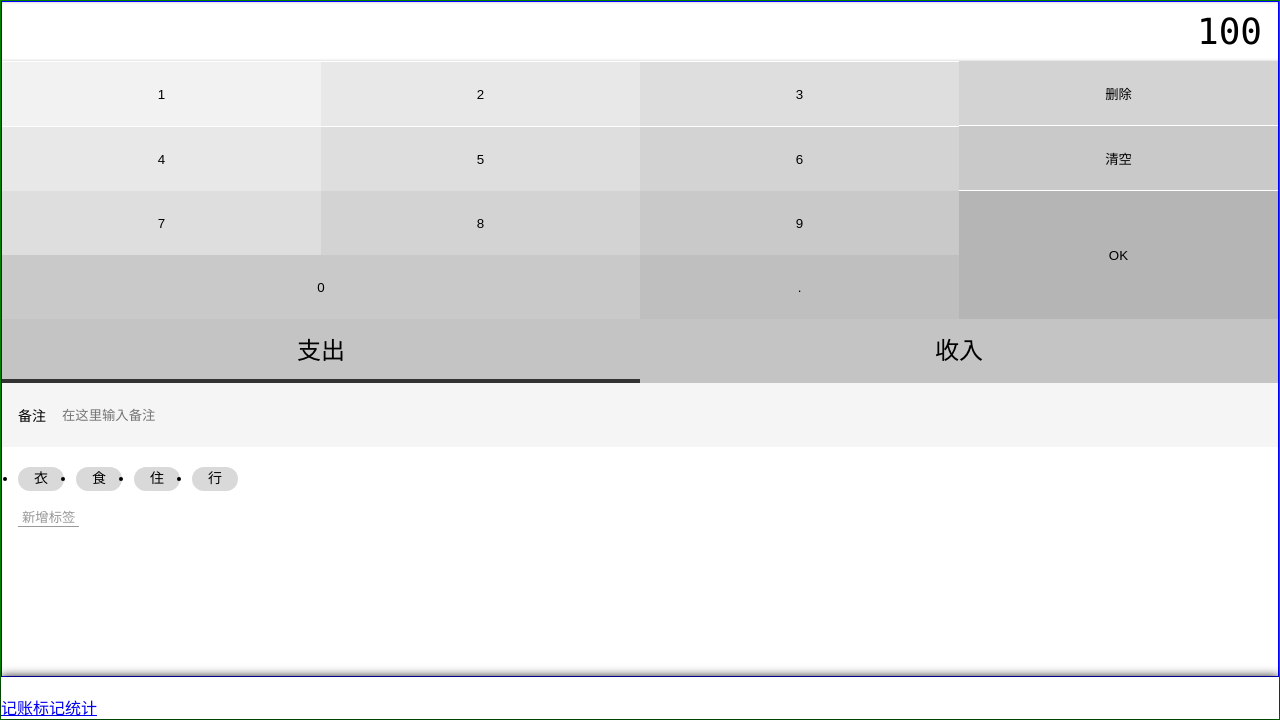
Repository: jiujiu407/bookkeeping
Page: /
These files come from the project's save history. The page is drawn as it stood at one moment and after a run of saves; the edit follows.
The browser window is 1280 px wide. The pictures show the whole page.
The project was rebuilt for these pictures with package versions that can differ from the ones it lists, and the page was loaded fresh each time. Also part of the build but not shown: vue.config.js, src/views/Labels.vue, src/views/Statistics.vue, src/views/NotFound.vue.

Above is the page before, as saved 2021-10-19 14:43:18.

### src/main.ts
import Vue from 'vue'
import App from './App.vue'
import './registerServiceWorker'
import router from './router'
import store from './store'
import Nav from '@/components/Nav.vue';
import Layout from '@/components/Layout.vue';
import Icon from '@/components/Icon.vue';

Vue.config.productionTip = false
Vue.component('Nav',Nav)
Vue.component('Layout',Layout)
Vue.component('Icon',Icon)
new Vue({
  router,
  store,
  render: h => h(App)
}).$mount('#app')

### src/App.vue
import router from '../.history/src/router/index_20211014144307';
<template>
<div>
  <router-view/>
</div>
</template>

<style lang="scss">
*{
  margin: 0;
  padding: 0;
  box-sizing: border-box;
}
#app {
  font-family: Avenir, Helvetica, Arial, sans-serif;
  -webkit-font-smoothing: antialiased;
  -moz-osx-font-smoothing: grayscale;
  text-align: center;
  color: #2c3e50;
}

#nav {
  padding: 30px;

  a {
    font-weight: bold;
    color: #2c3e50;

    &.router-link-exact-active {
      color: #42b983;
    }
  }
}
</style>

### src/router/index.ts
import Vue from 'vue'
import VueRouter, { RouteConfig } from 'vue-router'
import Money from '@/views/Money.vue'
import Labels from '@/views/Labels.vue'
import Statistics from '@/views/Statistics.vue'
import NotFound from '@/views/NotFound.vue'
Vue.use(VueRouter)

const routes: Array<RouteConfig> = [
  {
    // 根路径，重定向到money页面
    path:'/',
    redirect:'/money'
  },
 {
   path:'/money',
   component:Money
 },
 {
   path:'/labels',
   component:Labels
 },
 {
  path:'/statistics',
  component:Statistics
},
{
  // '*'指除了上面四个页面外的其他所有页面
  path:'*',
  component:NotFound
}
]

const router = new VueRouter({
  routes
})

export default router

### src/components/Nav.vue
<template>
    <nav>
    <router-link to="/money" class="item">
   <Icon name="money"></Icon>
    记账</router-link>
    <router-link to="/labels" class="item">
    <Icon name="label"></Icon>
    标记</router-link>
    <router-link to="/statistics" class="item">
    <Icon name="statistics"></Icon>
    统计</router-link>
  </nav>
</template>

<script lang="ts">
import Vue from 'vue'
export default Vue.extend({

})
</script>

// scoped:样式只在当前组件范围生效
<style lang="scss" scoped>
nav{
  display: flex;
  box-shadow: 0 0 10px rgba(0,0,0,1);
  >.item{

  }
}


</style>

### src/components/Layout.vue
<template>
    <div class="nav-wrapper">
        <div class="content">
           <slot></slot>
        </div>
     <Nav />
    </div>
</template>

<script>
    export default {

    }
</script>

<style lang="scss" scoped>
.nav-wrapper{
    border:1px solid green;
    display:flex;
    flex-direction: column;
    height: 100vh;
}
.content{
    // 1的意思是尽量把所有的高度都给content,其他部分占剩下的
    flex-grow: 1;
    overflow: auto;
    border: 1px solid blue;
}
</style>

### src/components/Icon.vue
<template>
    <div>
 <svg class="icon">
        <use :xlink:href="'#'+name"/>
    </svg>
    </div>
</template>

<script lang="ts">
let importAll = (requireContext: __WebpackModuleApi.RequireContext) => requireContext.keys().forEach(requireContext);
try{
    importAll(require.context('../assets/icons',true,/\.svg$/));
    }catch(error){
 console.log(error)
    }
    export default {
        props:['name']
    }
</script>

<style lang="scss" scoped>
   .icon{
       width: 1em;
       height: 1em;
       vertical-align: -0.15em;
       fill: currentColor;
       overflow: hidden;
   }
</style>

### src/views/Money.vue
import Money from '@/views/Money.vue';
import Layout from '@/components/Layout.vue';
<template>
    <div>
        <Layout class-prefix="layout">
          <div class="numberPad">
            <div class="output">100</div>
            <div class="buttons">
              <button>1</button>
              <button>2</button>
              <button>3</button>
              <button>删除</button>
              <button>4</button>
              <button>5</button>
              <button>6</button>
              <button>清空</button>
              <button>7</button>
              <button>8</button>
              <button>9</button>
              <button class="ok">OK</button>
              <button class="zero">0</button>
              <button>.</button>
            </div>
          </div>
          <div>
            <ul class="types">
              <li class="selected">支出</li>
              <li>收入</li>
            </ul>
          </div>
          <div>
            <label class="notes">
              <span class="name">备注</span>
              <input type="text" placeholder="在这里输入备注">
            </label>
          </div>
          <div class="tags">
            <div class="new">
              <button>新增标签</button>
            </div>
            <ul class="current">
              <li>衣</li>
              <li>食</li>
              <li>住</li>
              <li>行</li>
            </ul>
          </div>
        </Layout>
    </div>
</template>

<script>
    export default {
        name: "Money",
    }
</script>
<style lang="scss">
.layout-content{
  display: flex;
  flex-direction: column-reverse;
}
</style>
<style lang="scss" scoped>
@import "src/assets/style/helper";
.numberPad{
  .output{
    @extend %clearFix;
    @extend %innerShadow;
    font-size: 36px;
    font-family: Consolas, monospace;
    padding: 9px 16px;
    text-align: right;
  }
  .buttons{
    @extend %clearFix;
    > button{
      width: 25%;
      height: 64px;
      background: transparent;
      border: none;
      &.ok{
        height: 64*2px;
        float: right;
      }
      &.zero {
        width: 25% * 2;
      }
      $bg: #f2f2f2;
      &:nth-child(1){
        background: $bg;
      }
      &:nth-child(2),&:nth-child(5){
        background: darken($bg,4%);
      }
      &:nth-child(3),&:nth-child(6),&:nth-child(9){
        background: darken($bg,4*2%);
      }
      &:nth-child(4),&:nth-child(7),&:nth-child(10){
        background: darken($bg,4*3%);
      }
      &:nth-child(8),&:nth-child(11),&:nth-child(13){
        background: darken($bg,4*4%);
      }
      &:nth-child(14){
        background: darken($bg,4*5%);
      }
      &:nth-child(12){
        background: darken($bg,4*6%);
      }

    }
  }
}
.types{
  background: #c4c4c4;
  display: flex;
  text-align: center;
  font-size: 24px;
  > li {
    width: 50%;
    line-height: 64px;
    display: flex;
    justify-content: center;
    align-items: center;
    position: relative;
    &.selected::after {
      content: '';
      position: absolute;
      bottom: 0;
      left: 0;
      width: 100%;
      height: 4px;
      background: #333;
    }
  }
}
.notes{
  font-size: 14px;
  background: #f5f5f5;
  display: flex;
  padding-left: 16px;
  align-items: center;
  .name{
      padding-right: 16px;
  }
  input{
     height: 64px;
    flex-grow: 1;
    background: transparent;
    border: none;
    padding-right: 16px;
  }
}
.tags {
  font-size: 14px;
  padding: 16px;
  flex-grow: 1;
  display: flex;
  flex-direction: column-reverse;
  > .current {
    display: flex;
    flex-wrap: wrap;
    > li{
      background: #d9d9d9;
      $h:24px;
      height: $h;
      border-radius: $h/2;
      padding: 0 16px;
      margin-right: 12px;
      line-height: $h;
      margin-top: 4px;
    }
  }
  > .new{
    padding-top: 16px;
    button{
      background: transparent;
      border: none;
      color: #999;
      border-bottom: 1px solid;
      padding: 0 4px;
    }
  }
}
</style>

### src/assets/style/helper.scss
$font-hei: -apple-system, "Helvetica Neue", Helvetica, "Nimbus Sans L", Arial, "Liberation Sans", "PingFang SC", "Hiragino Sans GB", "Source Han Sans CN", "Source Han Sans SC", "Microsoft YaHei", "Wenquanyi Micro Hei", "WenQuanYi Zen Hei", "ST Heiti", SimHei, "WenQuanYi Zen Hei Sharp", sans-serif;
$font-kai:Baskerville, Georgia, "Liberation Serif", "Kaiti SC", STKaiti, "AR PL UKai CN", "AR PL UKai HK", "AR PL UKai TW", "AR PL UKai TW MBE", "AR PL KaitiM GB", KaiTi, KaiTi_GB2312, DFKai-SB, "TW\-Kai", serif;
$font-song: Georgia, "Nimbus Roman No9 L", "Songti SC", STSong, "AR PL New Sung", "AR PL SungtiL GB", NSimSun, SimSun, "TW\-Sung", "WenQuanYi Bitmap Song", "AR PL UMing CN", "AR PL UMing HK", "AR PL UMing TW", "AR PL UMing TW MBE", PMingLiU, MingLiU, serif;
$color-hughlight: #f00;

%clearFix{
  &::after{
    content: '';
    clear: both;
    display: block;
  }
}
$color-shadow: rgba(0,0,0,0.25);
%outerShadow{
  box-shadow: 0 0 3px $color-shadow;
}
%innerShadow{
  box-shadow: inset 0 -3px 3px -3px $color-shadow,
  inset 0 3px 3px -3px $color-shadow;
}

Loaded but not shown: public/index.html (common file); src/registerServiceWorker.ts (common file); src/store/index.ts (common file)

After the next 3 saves:
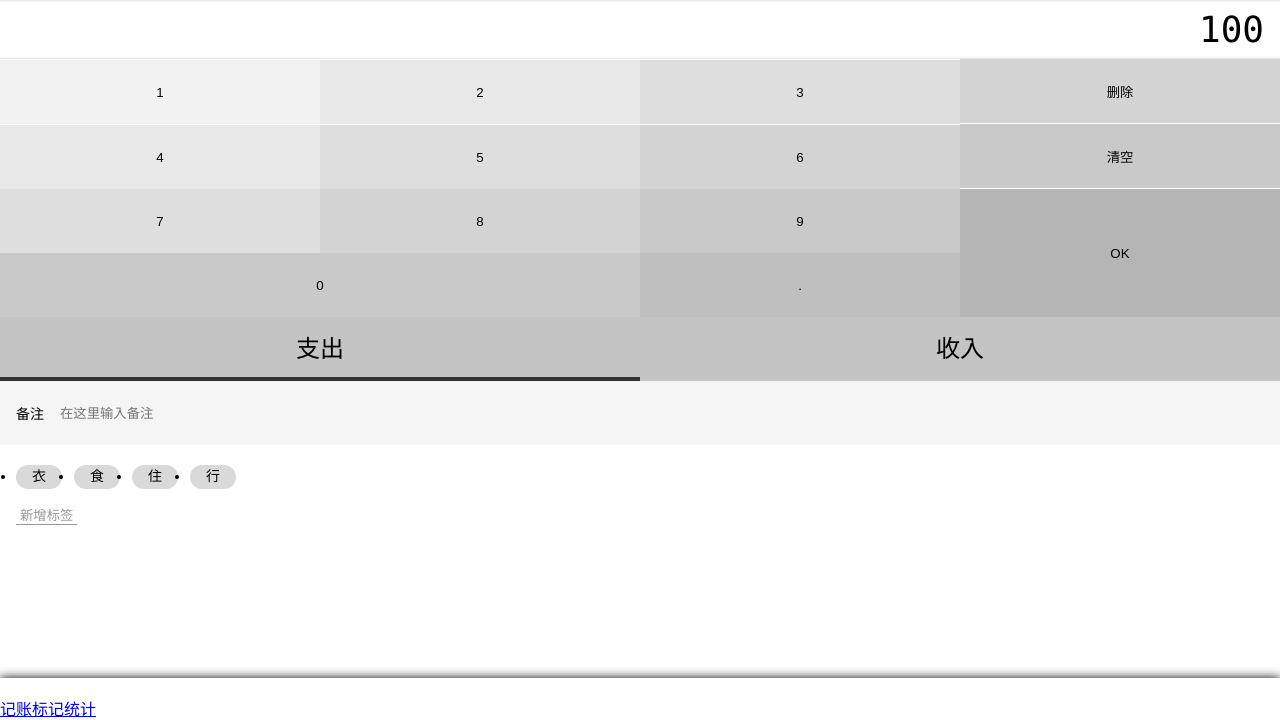
The 3 saves are shown as one change because they came seconds apart.
The last was saved 62 s later.
--- a/src/components/Layout.vue
+++ b/src/components/Layout.vue
@@ -15,7 +15,6 @@
 
 <style lang="scss" scoped>
 .nav-wrapper{
-    border:1px solid green;
     display:flex;
     flex-direction: column;
     height: 100vh;
@@ -24,6 +23,5 @@
     // 1的意思是尽量把所有的高度都给content,其他部分占剩下的
     flex-grow: 1;
     overflow: auto;
-    border: 1px solid blue;
 }
 </style>
